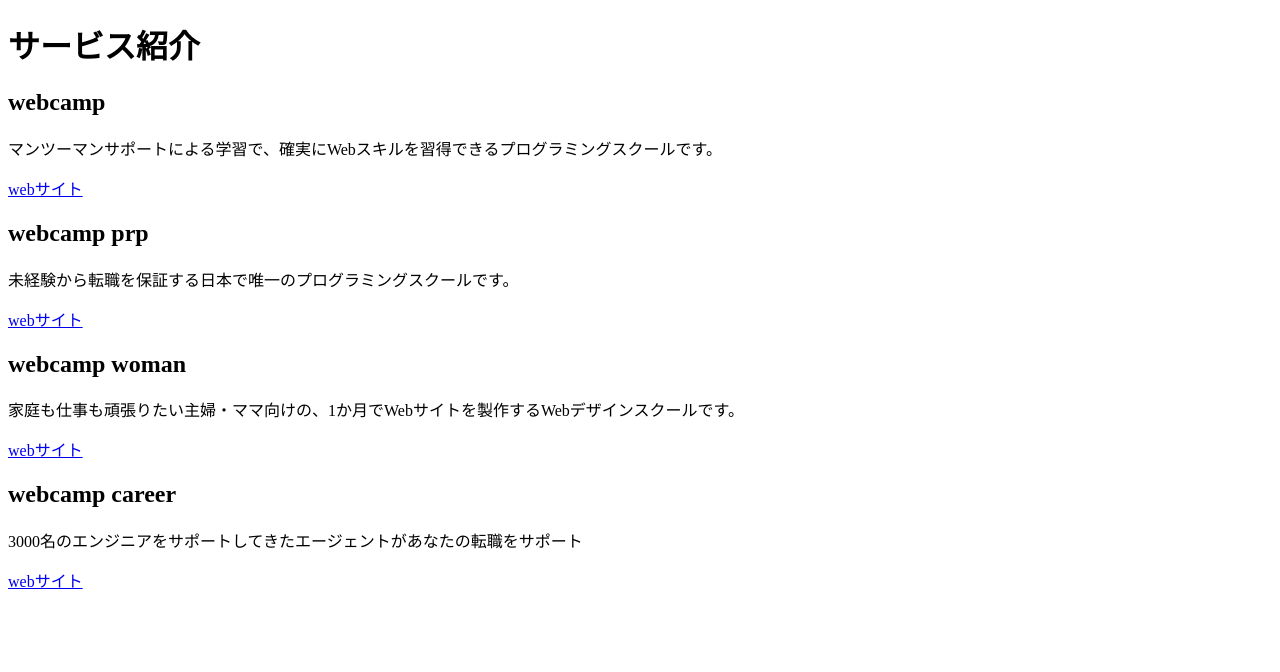
Repository: macchi-ro/-1
Page: sample/sample.html
The author's editor kept a record of every edit. The page is drawn from the files as they stood at one moment, then again after the next edit.
The browser window is 1280 px wide. The pictures show the whole page.

Above is the page before.

### sample/sample.html
<!DOCTYPE HTML>
<html lang="ja">

<head>
  <meta charset="UTF-8" />
  <title>初めてのHTML</title>
  <!-- 下記1行を追加してください -->
  <link rel="stylesheet" href="style.css" />
</head>
 <h1>サービス紹介</h1>
 <h2>webcamp</h2>
 <P>マンツーマンサポートによる学習で、確実にWebスキルを習得できるプログラミングスクールです。</P>
 <a href="https://web-camp.io/">webサイト</a>
  <h2>webcamp prp</h2>
 <P>未経験から転職を保証する日本で唯一のプログラミングスクールです。</P>
 <a href="https://web-camp.io/">webサイト</a>
  <h2>webcamp woman</h2>
 <P>家庭も仕事も頑張りたい主婦・ママ向けの、1か月でWebサイトを製作するWebデザインスクールです。</P>
 <a href="https://web-camp.io/">webサイト</a>
  <h2>webcamp career</h2>
 <P>3000名のエンジニアをサポートしてきたエージェントがあなたの転職をサポート</P>
 <a href="https://web-camp.io/">webサイト</a>

Loaded but not shown: sample/style.css (no stored copy; drawn as an empty file)

After the next edit:
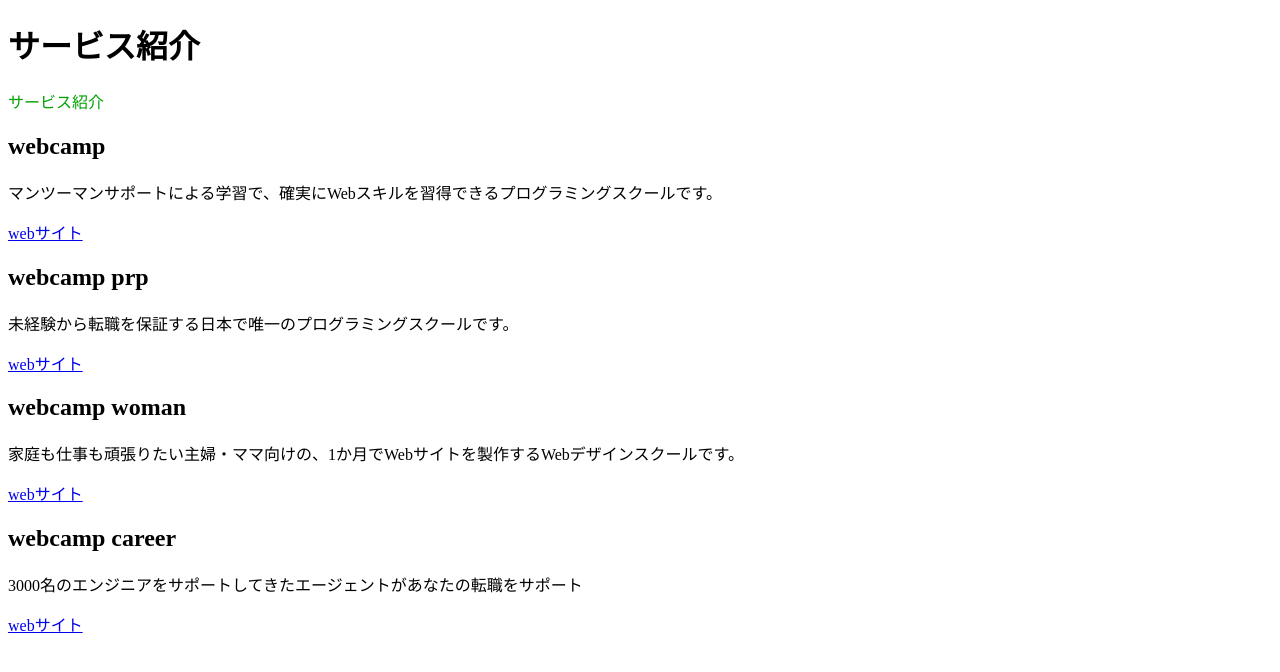
The edit:
--- a/sample/sample.html
+++ b/sample/sample.html
@@ -8,6 +8,7 @@
   <link rel="stylesheet" href="style.css" />
 </head>
  <h1>サービス紹介</h1>
+ <font color=”Navy”>サービス紹介</font>
  <h2>webcamp</h2>
  <P>マンツーマンサポートによる学習で、確実にWebスキルを習得できるプログラミングスクールです。</P>
  <a href="https://web-camp.io/">webサイト</a>
